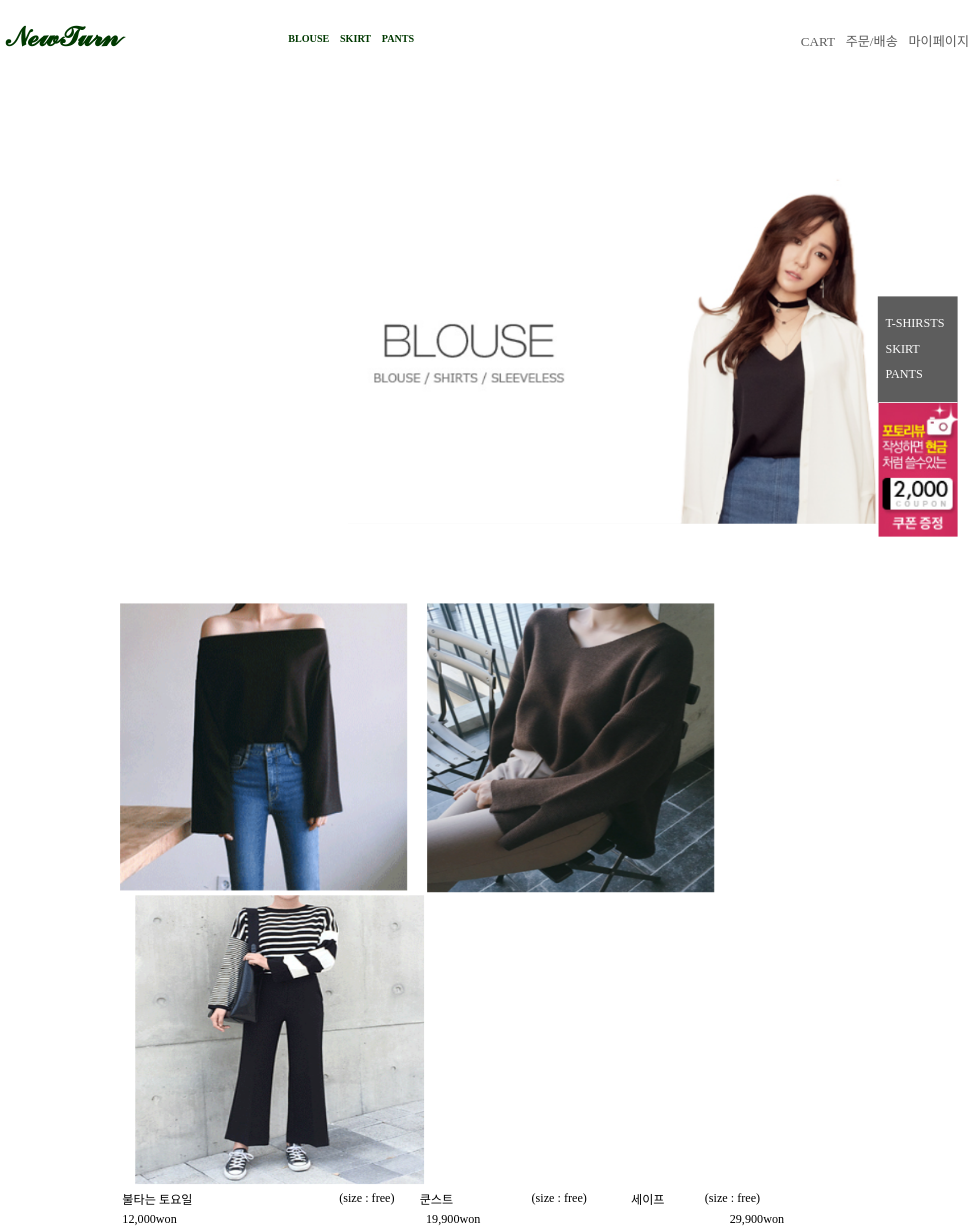
Repository: won0108/Port-Folio
Page: Creating_Homepage/Shopping/WebContent/top.html
The author's editor kept a copy of each file at every save. The page is drawn from the files as they stood at one save, then again after the next save.
The browser window is 1280 px wide. The pictures show the whole page, at 76% of full size.

Above is the page before, as saved 2020-12-03 08:04:05.

After the next save:
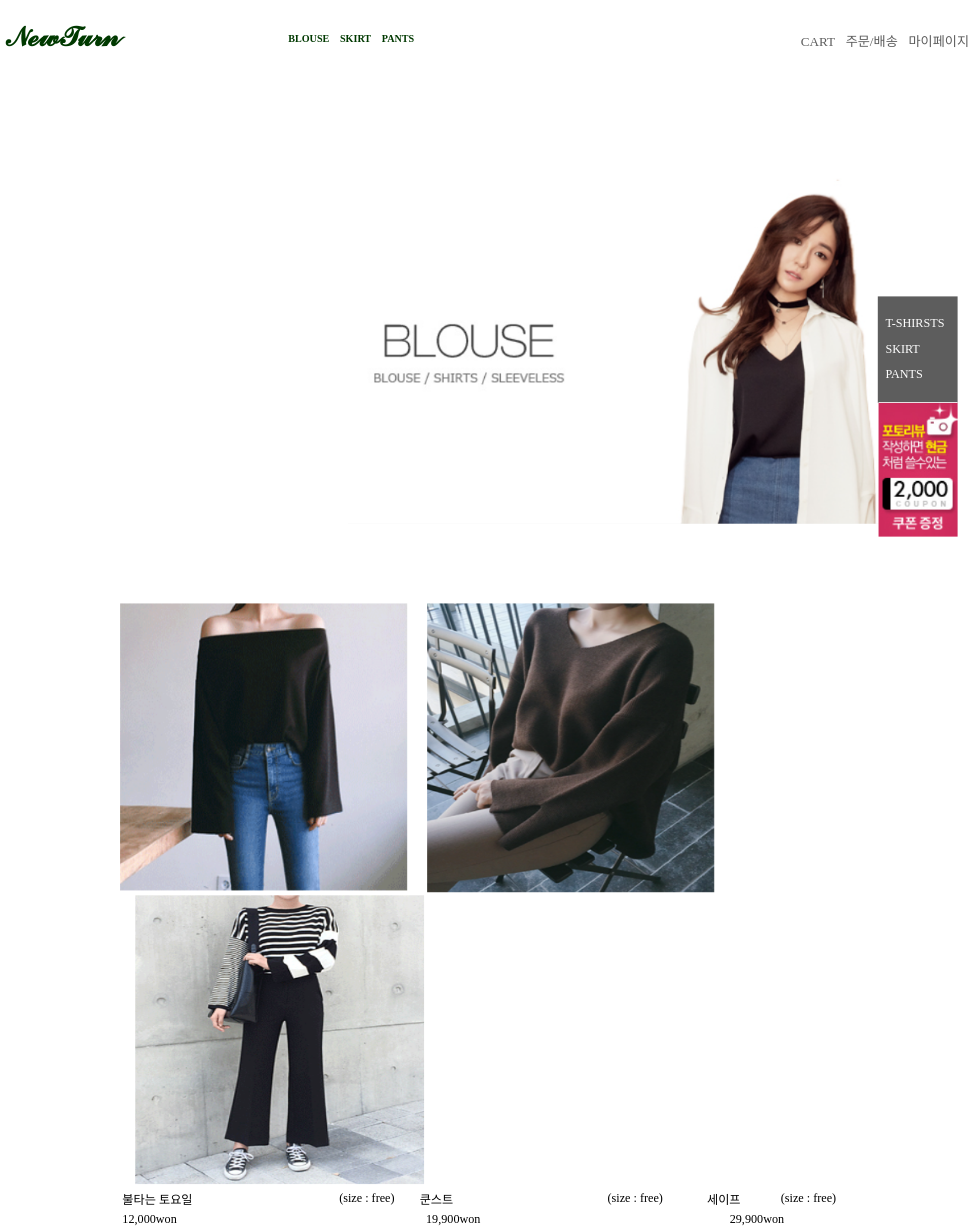
Saved 7 s later.
--- a/Creating_Homepage/Shopping/WebContent/top.html
+++ b/Creating_Homepage/Shopping/WebContent/top.html
@@ -80,7 +80,7 @@
 					<td>불타는 토요일</td>
 					<td style="padding-left:190px;">(size : free)</td>
 					<td style="padding-left: 30px;">쿤스트</td>
-					<td style="padding-left:100px;">(size : free)</td>
+					<td style="padding-left:200px;">(size : free)</td>
 					<td style="padding-left: 55px;">세이프</td>
 					<td style="padding-left:50px;">(size : free)</td>
 
